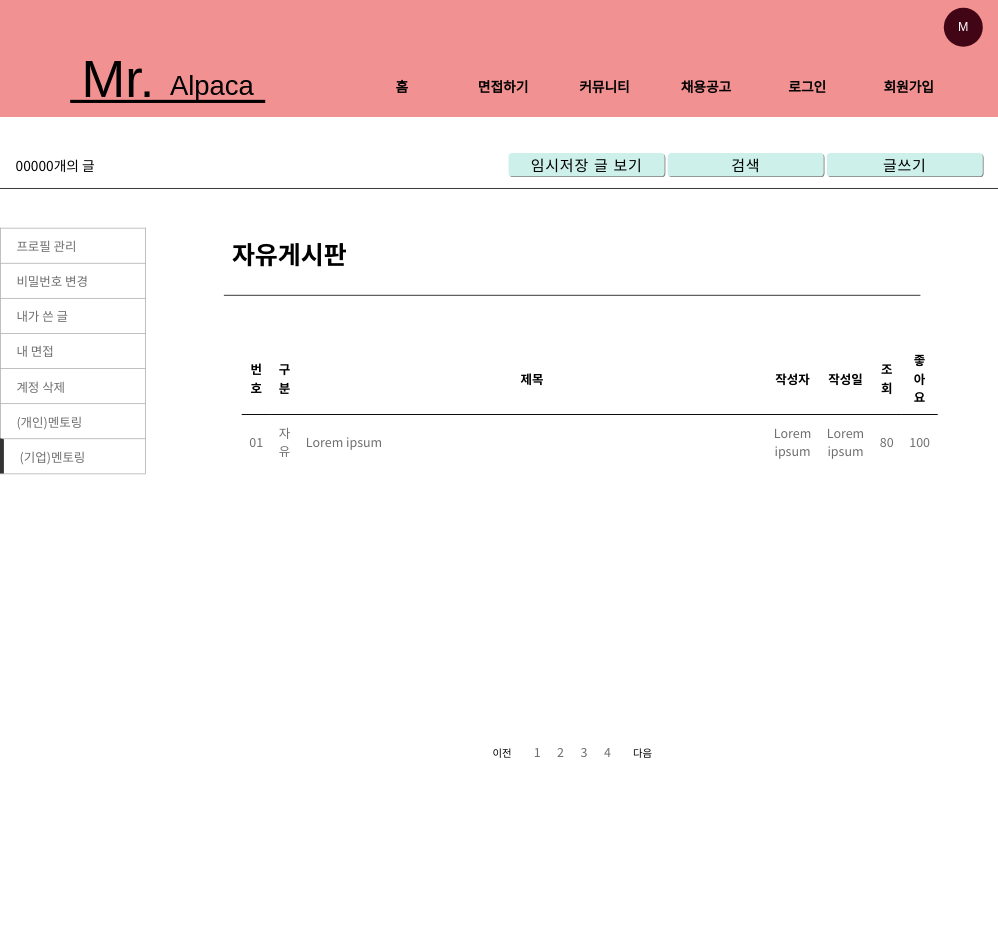
Repository: Team-HANOI/AI_Front_JSP
Page: http://localhost/Team_Project/WEB-INF/views/mypage/delete.jsp
These files come from the project's save history. The page is drawn as it stood at one moment and after the next save; the edit follows.
The browser window is 1280 px wide. The pictures show the whole page, at 78% of full size.
Some web fonts or font styles are not loaded; a fallback is used. The page is served by Tomcat 9. Nobody is signed in. The template is opened directly, without the code that normally fills it, so the values that code supplies are empty.

Above is the page before, as saved 2021-08-31 00:11:03.
Console error: TypeError: Cannot set properties of null (setting 'innerHTML')

After the next save:
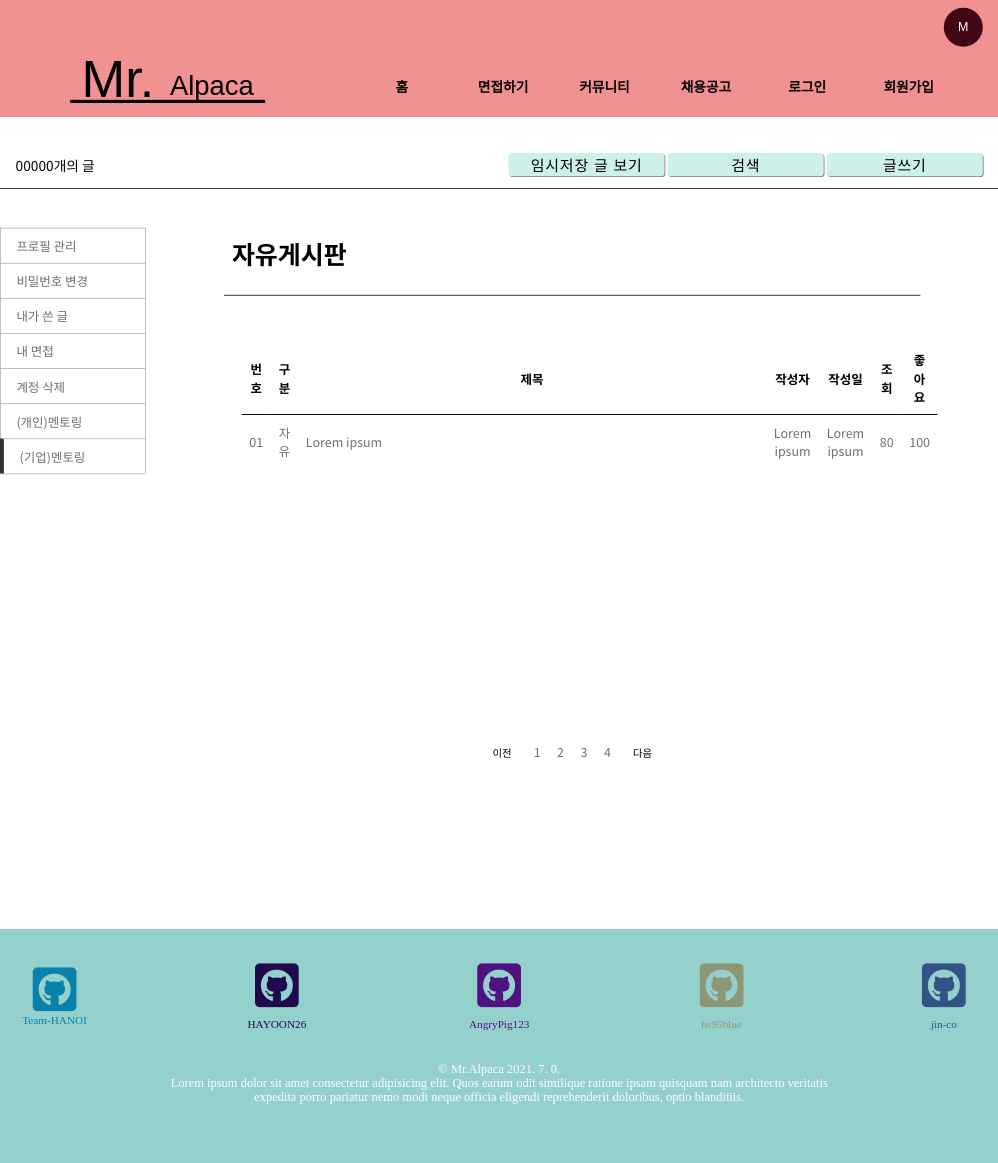
Console error: TypeError: Cannot read properties of undefined (reading 'forEach')
Saved 13 s later.
--- a/team_project/Team_Project/src/main/webapp/WEB-INF/views/mypage/delete.jsp
+++ b/team_project/Team_Project/src/main/webapp/WEB-INF/views/mypage/delete.jsp
@@ -104,9 +104,6 @@
                         <a href=""><li class="next"><button class="btn control-btn ">다음</button></li></a>
                     </ul>
                 </div>
-
-	            <!-- 하부 컨트롤 -->
-    	        <jsp:include page="board_common/board_page_ctrl.jsp"/>
             </div>
         </div>
     </main>
